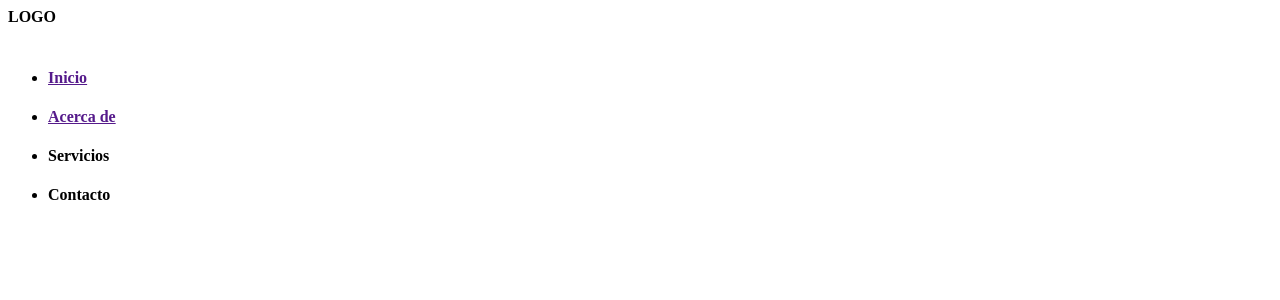
Repository: Rafa-x64/App-de-Tareas-con-AJAX
Page: http://localhost/DEV/src/php/includes/header.php
These files come from the project's save history. The page is drawn as it stood at one moment and after a run of saves; the edit follows.
The browser window is 1280 px wide. The pictures show the whole page.
The page is run by PHP 8.4 with error messages shown; the project is at /var/www/html/.

Above is the page before, as saved 2025-08-23 19:30:52.

### src/php/includes/header.php
<header class="container-fluid">
    <div class="row d-flex flex-row justify-content-center">
        <div class="col-6 d-flex flex-row justify-content-start align-items-center ps-2">
            <h4>LOGO</h4>
            <img src="" alt="" class="img-fluid ms-2">
        </div>
        <div class="col-6 d-flex justify-content-between align-items-center py-2">
            <ul class="list-group list-group-horizontal w-100 m-0 p-0">
                <li class="list-group-item border-0 flex-fill text-center">
                    <a href="">
                        <h4>Inicio</h4>
                    </a>
                </li>
                <li class="list-group-item border-0 flex-fill text-center">
                    <a href="">
                        <h4>Acerca de</h4>
                    </a>
                </li>
                <li class="list-group-item border-0 flex-fill text-center">
                    <h4>Servicios</h4>
                </li>
                <li class="list-group-item border-0 flex-fill text-center">
                    <h4>Contacto</h4>
                </li>
            </ul>
        </div>
    </div>
</header>

After the next 10 saves:
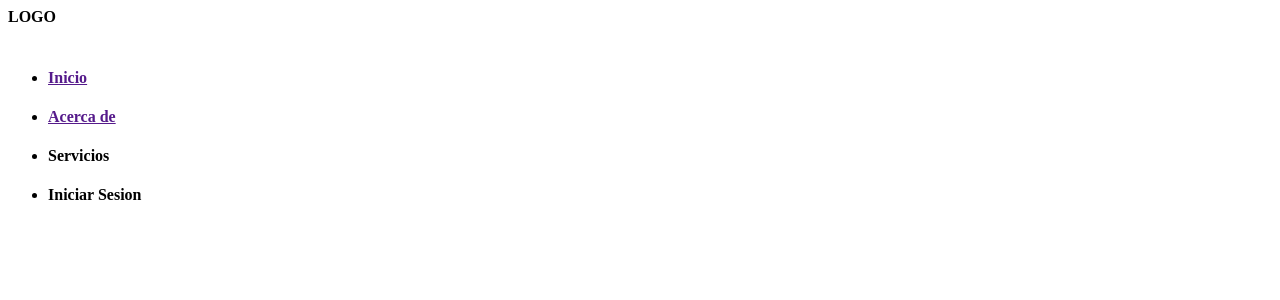
The 10 saves are shown as one change because they came seconds apart.
The last was saved 17 s later.
--- a/src/php/includes/header.php
+++ b/src/php/includes/header.php
@@ -20,7 +20,10 @@
                     <h4>Servicios</h4>
                 </li>
                 <li class="list-group-item border-0 flex-fill text-center">
-                    <h4>Contacto</h4>
+                    <a href="">
+
+                    </a>
+                    <h4>Iniciar Sesion</h4>
                 </li>
             </ul>
         </div>
